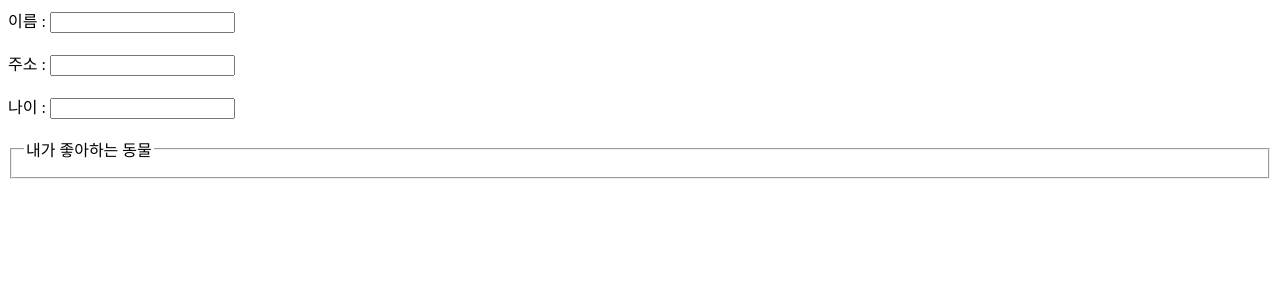
Repository: HyoJun-A/jsp
Page: practice01/WebContent/input.html
These files come from the project's save history. The page is drawn as it stood at one moment and after the next save; the edit follows.
The browser window is 1280 px wide. The pictures show the whole page.

Above is the page before, as saved 2022-10-17 07:02:31.

### practice01/WebContent/input.html
<!DOCTYPE html>
<html>
<head>
<meta charset="UTF-8">
<title>입력 데이터 처리와 주고 받기</title>
</head>
<body>
<form name="indata" action="test04.jsp" method="post">
	이름 : <input type="text" name="name"><br><br>
	주소 : <input type="text" name="addr"><br><br>
	나이 : <input type="number" name="age"><br><br>
	<fieldset>
		<legend>내가 좋아하는 동물</legend>
	</fieldset>
</form>
</body>
</html>

After the next save:
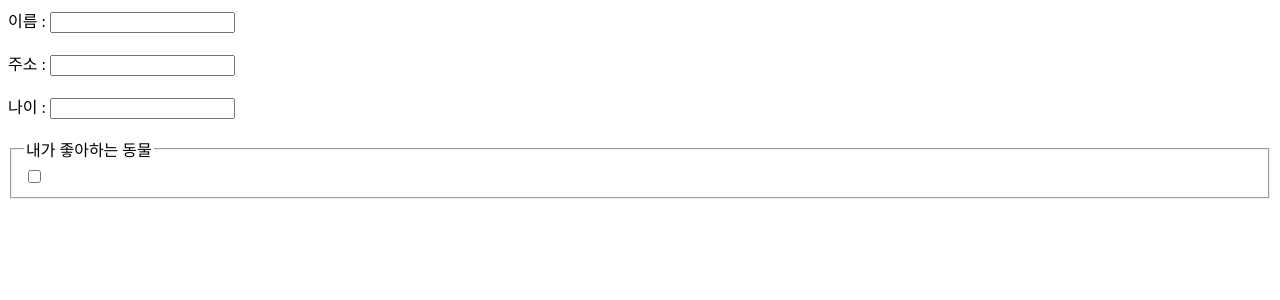
Saved 23 s later.
--- a/practice01/WebContent/input.html
+++ b/practice01/WebContent/input.html
@@ -11,6 +11,7 @@
 	나이 : <input type="number" name="age"><br><br>
 	<fieldset>
 		<legend>내가 좋아하는 동물</legend>
+		<input type="checkbox" name="pet">
 	</fieldset>
 </form>
 </body>
